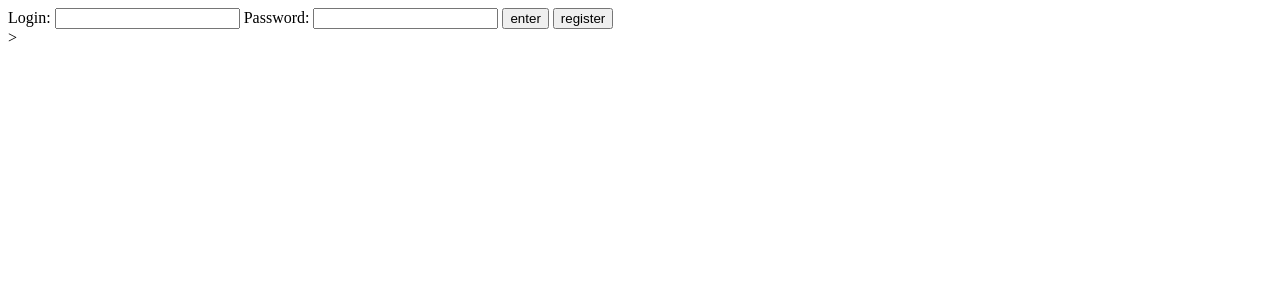
Repository: milosh-alexandr-by/ItAcademyJavaDeveloper
Page: http://localhost/HotelRequestSystem/
An editor plug-in stored every save of this project. The page is shown before and after the next save, followed by the edit.
The browser window is 1280 px wide. The pictures show the whole page.
The page is served by Tomcat 9. Nobody is signed in. The application's start-up code is not run. Other server files are loaded and not shown.

Above is the page before, as saved 2015-12-08 15:38:23.

### Project003_WEB/HotelRequestSystem/WebContent/index.jsp
<%@ page language="java" contentType="text/html; charset=UTF-8"
    pageEncoding="UTF-8"%>

 <!DOCTYPE html PUBLIC "-//W3C//DTD HTML 4.01 Transitional//EN" "http://www.w3.org/TR/html4/loose.dtd">
<html>
<head>
<meta http-equiv="Content-Type" content="text/html; charset=ISO-8859-1">
<title>Insert title here</title>
</head>
<body>

	<form action="" method="GET">
		Login: <input type"text" name="login" />
		Password: <input type"text" name="password" />
		<input type="submit" name="enter" value="enter">
		<input type="submit" name="register" value="register">
	</form>>

</body>
</html>

After the next save:
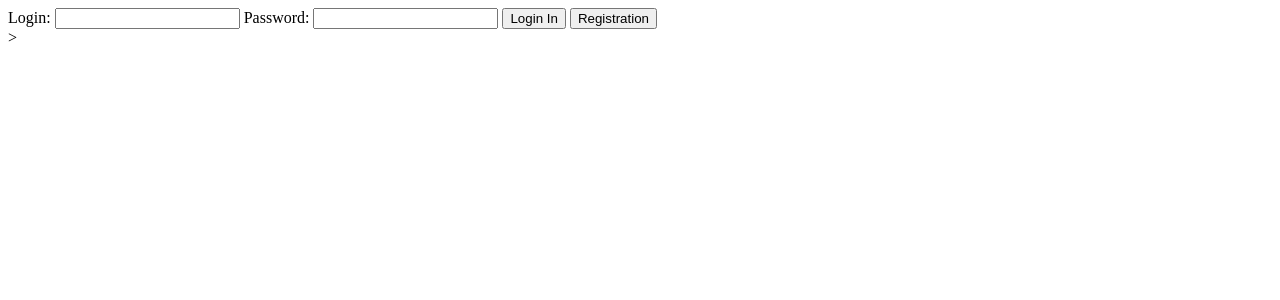
Saved 39 s later.
--- a/Project003_WEB/HotelRequestSystem/WebContent/index.jsp
+++ b/Project003_WEB/HotelRequestSystem/WebContent/index.jsp
@@ -12,8 +12,8 @@
 	<form action="" method="GET">
 		Login: <input type"text" name="login" />
 		Password: <input type"text" name="password" />
-		<input type="submit" name="enter" value="enter">
-		<input type="submit" name="register" value="register">
+		<input type="submit" name="enter" value="Login In">
+		<input type="submit" name="register" value="Registration">
 	</form>>
 
 </body>
